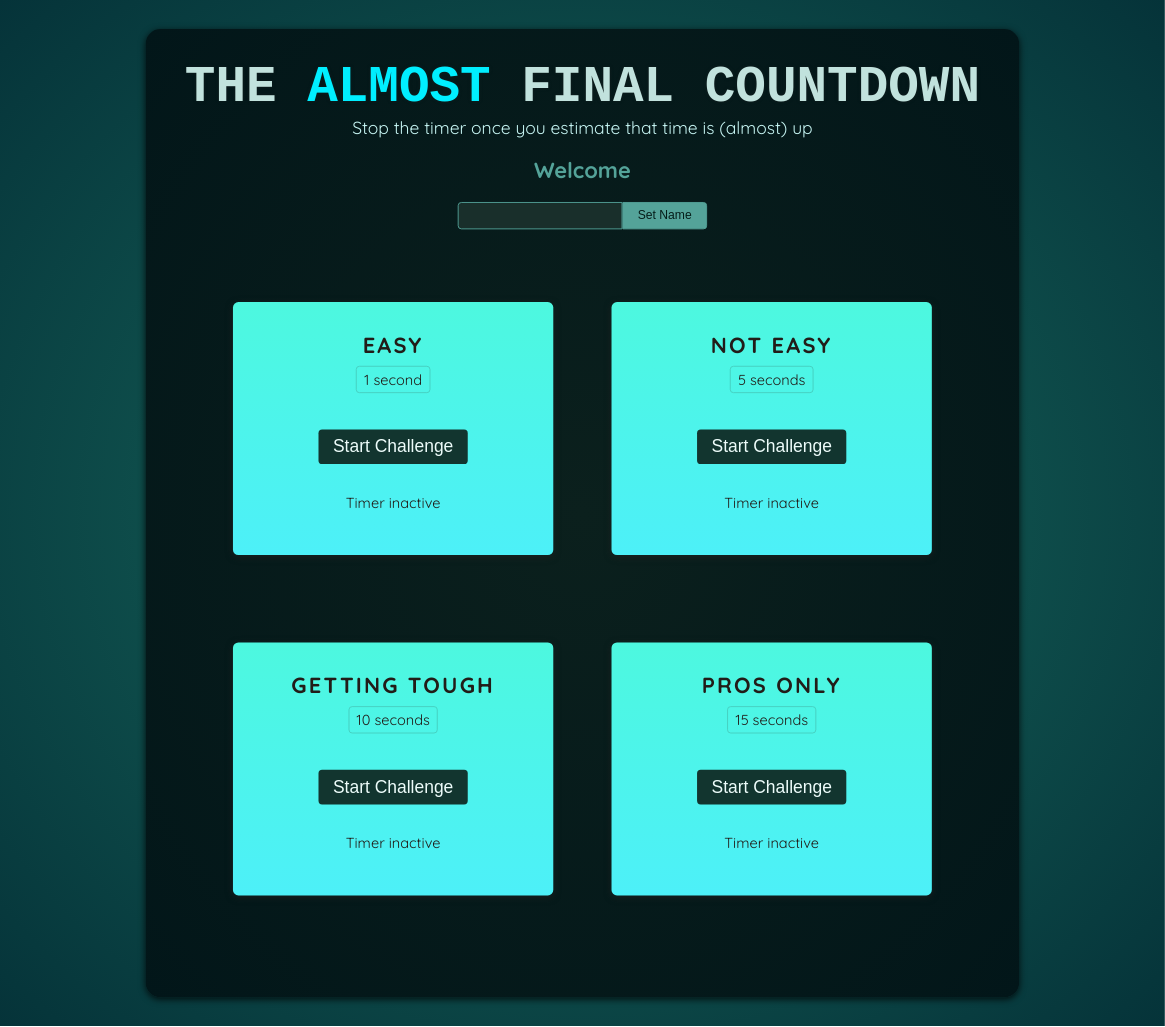
Repository: H-ala/react-near-end
Page: /
These files come from the project's save history. The page is drawn as it stood at one moment and after the next save; the edit follows.
The browser window is 1280 px wide. The pictures show the whole page, at 91% of full size.
Some web fonts or font styles are not loaded; a fallback is used. The project was rebuilt for these pictures with package versions that can differ from the ones it lists, and the page was loaded fresh each time. Also part of the build but not shown: vite.config.js.

Above is the page before, as saved 2025-09-26 16:30:32.

After the next save:
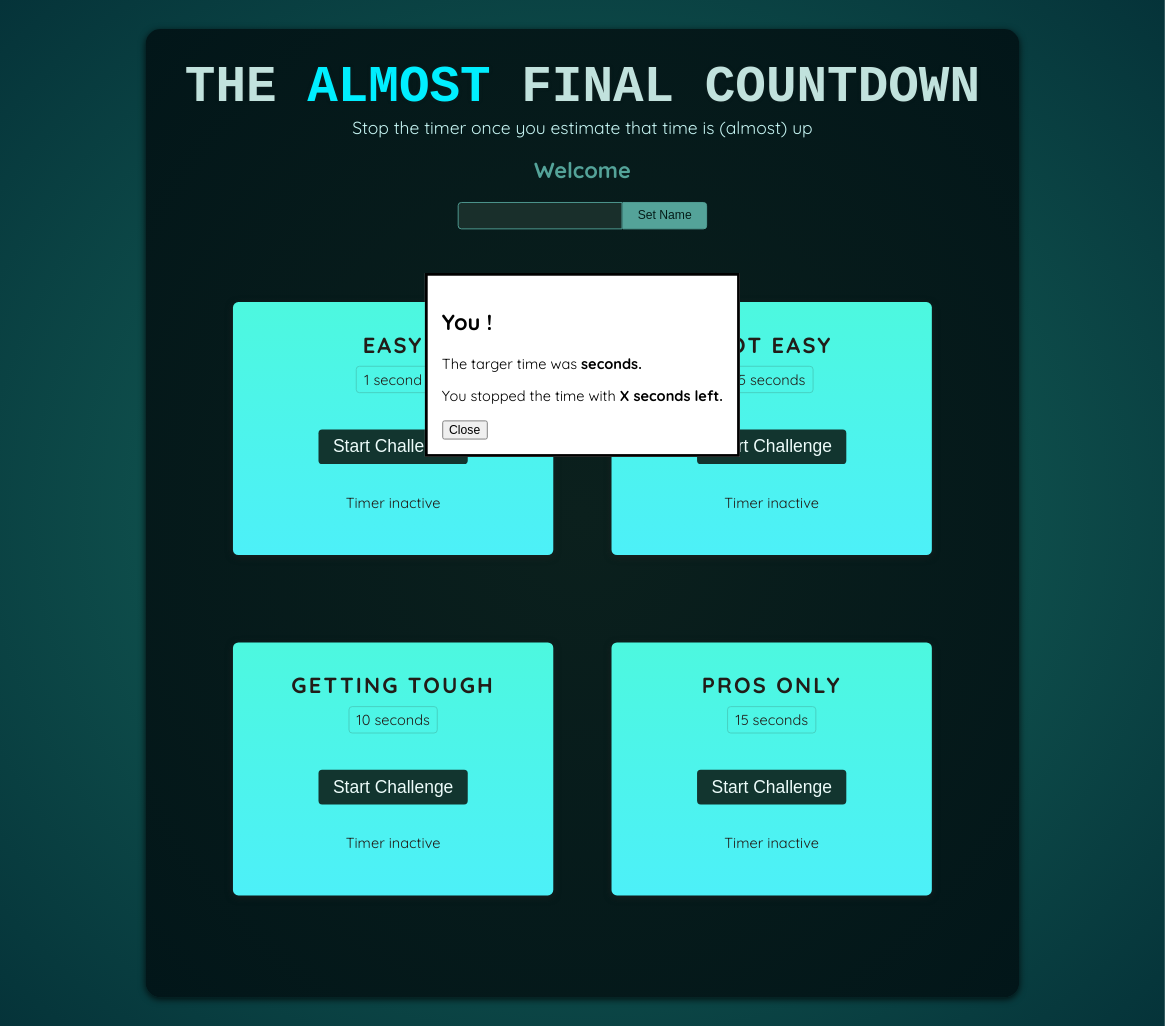
Saved 37 s later.
--- a/src/components/TimerChallenge.jsx
+++ b/src/components/TimerChallenge.jsx
@@ -1,7 +1,7 @@
 import { useState, useRef } from "react";
+import ResultModal from "./ResultModal";
 
 export default function TimerChallenge({ title, targetTime }) {
-
   const [timerStarted, setTimerStarted] = useState(false);
   const [timerExpired, setTimerExpired] = useState(false);
   const timer = useRef();
@@ -19,20 +19,22 @@ export default function TimerChallenge({ title, targetTime }) {
   }
 
   return (
-    <section className="challenge">
-      <h2>{title}</h2>
-      {timerExpired && <p>You Lost!</p>}
-      <p className="challenge-time">
-        {targetTime} second{targetTime > 1 ? "s" : ""}
-      </p>
-      <p>
-        <button onClick={timerStarted ? handleStop : handleStart}>
-          {timerStarted ? "Stop" : "Start"} Challenge
-        </button>
-      </p>
-      <p className={timerStarted ? "active" : undefined}>
-        {timerStarted ? "Time is running..." : "Timer inactive"}
-      </p>
-    </section>
+    <>
+      <ResultModal />
+      <section className="challenge">
+        <h2>{title}</h2>
+        <p className="challenge-time">
+          {targetTime} second{targetTime > 1 ? "s" : ""}
+        </p>
+        <p>
+          <button onClick={timerStarted ? handleStop : handleStart}>
+            {timerStarted ? "Stop" : "Start"} Challenge
+          </button>
+        </p>
+        <p className={timerStarted ? "active" : undefined}>
+          {timerStarted ? "Time is running..." : "Timer inactive"}
+        </p>
+      </section>
+    </>
   );
 }
